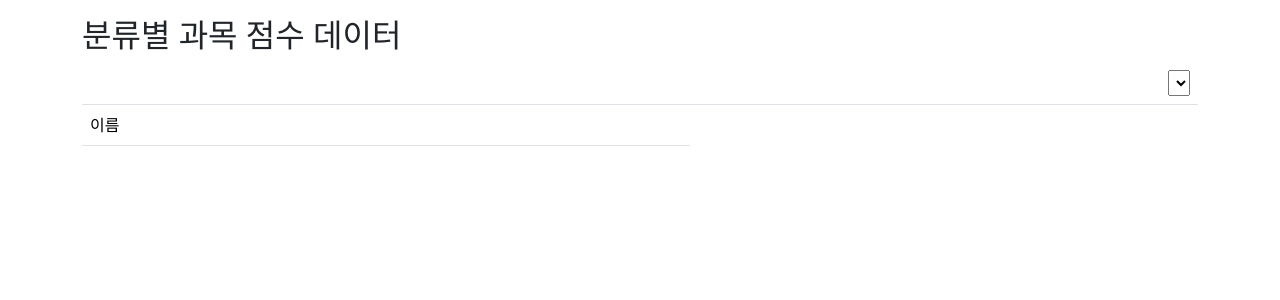
Repository: pshho/newJspProject
Page: http://localhost/JspProj/hwProject/categoriesProcess.jsp
The author's editor kept a copy of each file at every save. The page is drawn from the files as they stood at one save, then again after the next save.
The browser window is 1280 px wide. The pictures show the whole page.
The page is served by Tomcat 9. Other server files are loaded and not shown.

Above is the page before, as saved 2023-07-30 19:43:52.

### JspProj/src/main/webapp/hwProject/categoriesProcess.jsp
<%@ page language="java" contentType="text/html; charset=UTF-8"
    pageEncoding="UTF-8"%>
<%@ taglib uri="http://java.sun.com/jsp/jstl/core" prefix="c" %>
<%@ taglib uri="http://java.sun.com/jsp/jstl/functions" prefix="fn" %>
<%@ taglib uri="http://java.sun.com/jsp/jstl/fmt" prefix="fmt" %>
<!DOCTYPE html>
<html>
<head>
<meta charset="UTF-8">
<title>분류별 과목 점수 데이터</title>
<link href="https://cdn.jsdelivr.net/npm/bootstrap@5.3.1/dist/css/bootstrap.min.css"
rel="stylesheet"
integrity="sha384-4bw+/aepP/YC94hEpVNVgiZdgIC5+VKNBQNGCHeKRQN+PtmoHDEXuppvnDJzQIu9"
crossorigin="anonymous">
<script src="https://cdn.jsdelivr.net/npm/bootstrap@5.3.1/dist/js/bootstrap.bundle.min.js"
integrity="sha384-HwwvtgBNo3bZJJLYd8oVXjrBZt8cqVSpeBNS5n7C8IVInixGAoxmnlMuBnhbgrkm"
crossorigin="anonymous"></script>
<script type="text/javascript">
	function categoriesChange(){
		let form = document.dataSet;
		form.action="?";
		form.submit();
	}
</script>
</head>
<body>
	<div class="container my-3">
		<h2>분류별 과목 점수 데이터</h2>
		<form action="" name="dataSet">
			<c:forEach var="category" items="${ category }">
				<input type="hidden" value="${ category }" name="sel"></c:forEach>
			<table class="table table-striped">
				<thead>
					<tr>
						<td align="left">
							<c:forEach var="sel" items="${ category }" ><h4>분류: ${ sel }</h4></c:forEach>
						</td>
						<td colspan="${ fn:length(newDistinct) + 1 }" align="right">
							<select name="selDis" onchange="categoriesChange()">
								<c:forEach items="${ newCategories }" var="category">
									<option <c:if test="${ category eq selDis }">selected</c:if>>${ category }</option>
								</c:forEach>
							</select>
						</td>
					</tr>
					<tr>
						<td>이름</td>
						<!-- 해당 카테고리의 과목 수에 따라 달라질 제목 수와 값 -->
						<c:forEach var="dis" items="${ newDistinct }">
							<td><input type="hidden" value="${ dis }" name="newDistinct">${ dis }</td>
						</c:forEach>
					</tr>
				</thead>
				<tbody>
					<c:forEach var="res" items="${ results }">
						<c:forEach var="subject" items="${ newCategories }" varStatus="z">
							<input type="hidden" value="${ subject }" name="newCategories">
							<c:if test="${ selDis eq '등수' }">
								<c:forEach begin="1" end="${ fn:length(res)+1 }" varStatus="i">
									<tr><c:forEach var="re" items="${ res }"><c:if test="${ i.index eq re.rank }">
										<td><input type="hidden" value="${ re.name }" name="name">${ re.name }</td>
										<c:forEach var="score" items="${ re.subjects }">
											<td><input type="hidden" value="${ score }" name="subjects">${ score }</td>
										</c:forEach>
										<td>${ re.sum }</td>
										<td><fmt:formatNumber value="${re.avg}" pattern="#0.00" /></td>
										<td>${ re.rank }</td>
										<td>${ re.grade }</td>
									</c:if></c:forEach></tr>
						</c:forEach></c:if><c:if test="${ z.index > 1 }"><c:forEach begin="1" end="${ fn:length(res)+1 }" varStatus="i">
						</c:forEach></c:if></c:forEach></c:forEach>
						<c:if test="${ i.index eq re.subRank[z.index-2] and z.index > 1 }">
										<td><input type="hidden" value="${ re.name }" name="name">${ re.name }</td>
										<c:forEach var="score" items="${ re.subjects }">
											<td><input type="hidden" value="${ score }" name="subjects">${ score }</td>
										</c:forEach>
										<td>${ re.sum }</td>
										<td><fmt:formatNumber value="${re.avg}" pattern="#0.00" /></td>
										<td>${ re.rank }</td>
										<td>${ re.grade }</td>
									</c:if>
				</tbody>
			</table>
		</form>
	</div>
</body>
</html>

After the next save:
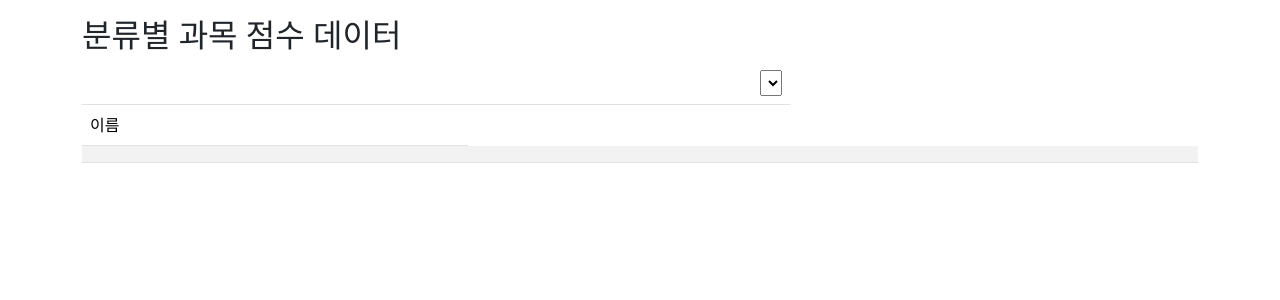
Saved 8 s later.
--- a/JspProj/src/main/webapp/hwProject/categoriesProcess.jsp
+++ b/JspProj/src/main/webapp/hwProject/categoriesProcess.jsp
@@ -69,7 +69,7 @@
 									</c:if></c:forEach></tr>
 						</c:forEach></c:if><c:if test="${ z.index > 1 }"><c:forEach begin="1" end="${ fn:length(res)+1 }" varStatus="i">
 						</c:forEach></c:if></c:forEach></c:forEach>
-						<c:if test="${ i.index eq re.subRank[z.index-2] and z.index > 1 }">
+						<c:if test="${ i.index eq re.subRank[z.index-2] }">
 										<td><input type="hidden" value="${ re.name }" name="name">${ re.name }</td>
 										<c:forEach var="score" items="${ re.subjects }">
 											<td><input type="hidden" value="${ score }" name="subjects">${ score }</td>

After the save that followed:
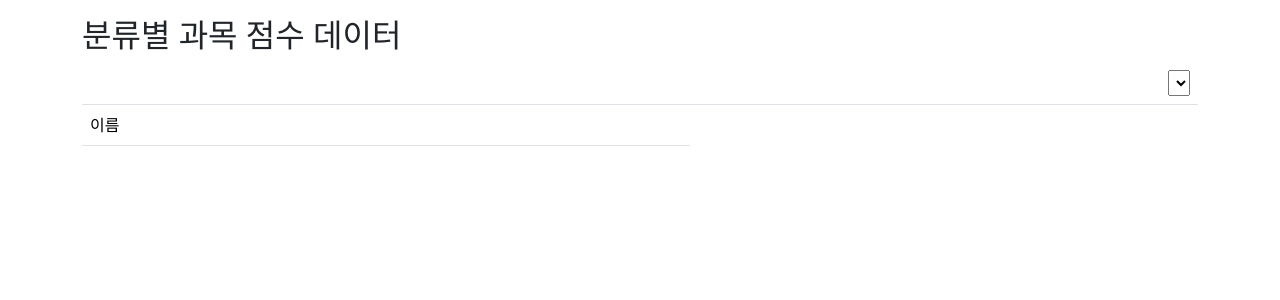
Saved 27 s later.
--- a/JspProj/src/main/webapp/hwProject/categoriesProcess.jsp
+++ b/JspProj/src/main/webapp/hwProject/categoriesProcess.jsp
@@ -67,9 +67,9 @@
 										<td>${ re.rank }</td>
 										<td>${ re.grade }</td>
 									</c:if></c:forEach></tr>
-						</c:forEach></c:if><c:if test="${ z.index > 1 }"><c:forEach begin="1" end="${ fn:length(res)+1 }" varStatus="i">
-						</c:forEach></c:if></c:forEach></c:forEach>
-						<c:if test="${ i.index eq re.subRank[z.index-2] }">
+						</c:forEach></c:if><c:if test="${ z.index > 1 }">
+							<c:forEach begin="1" end="${ fn:length(res)+1 }" varStatus="i">
+								<c:if test="${ i.index eq re.subRank[z.index-2] }">
 										<td><input type="hidden" value="${ re.name }" name="name">${ re.name }</td>
 										<c:forEach var="score" items="${ re.subjects }">
 											<td><input type="hidden" value="${ score }" name="subjects">${ score }</td>
@@ -78,7 +78,7 @@
 										<td><fmt:formatNumber value="${re.avg}" pattern="#0.00" /></td>
 										<td>${ re.rank }</td>
 										<td>${ re.grade }</td>
-									</c:if>
+						</c:if></c:forEach></c:if></c:forEach></c:forEach>
 				</tbody>
 			</table>
 		</form>
